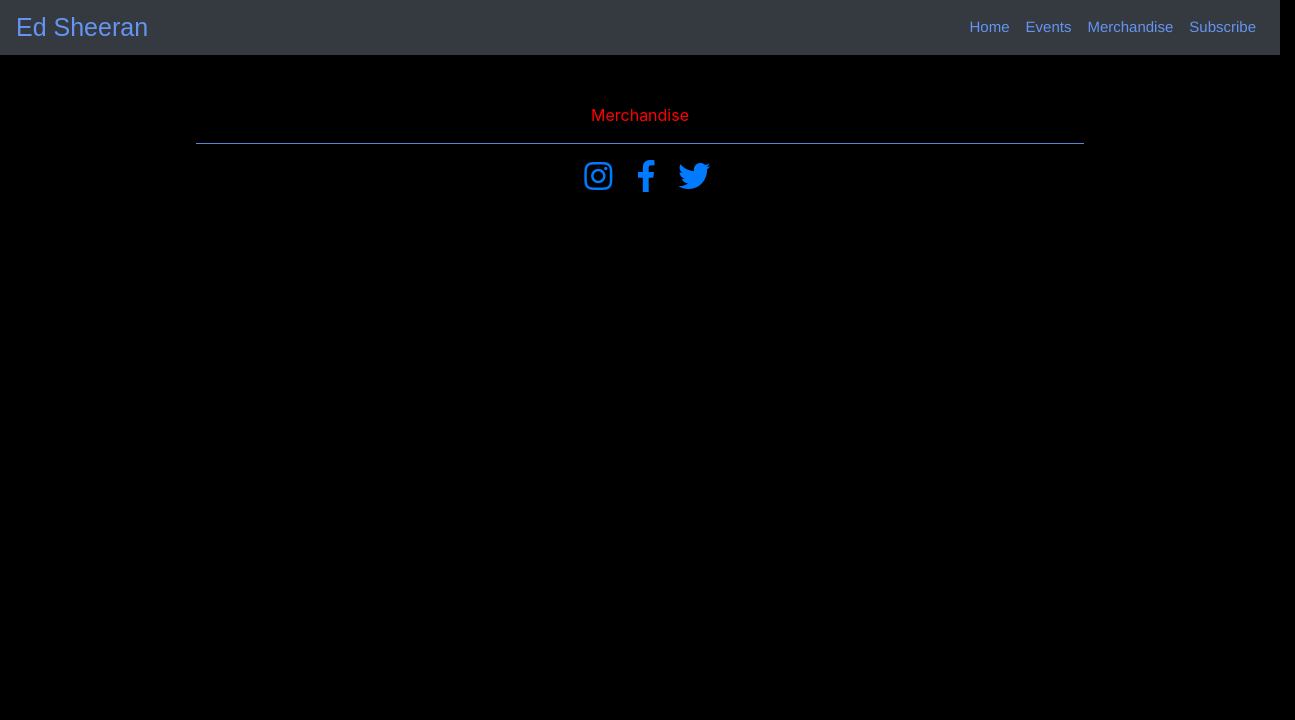
Repository: amit238/milestone-project-1
Page: merchandise.html
The author's editor kept a record of every edit. The page is drawn from the files as they stood at one moment, then again after the next edit.
The browser window is 1280 px wide. The page is 1280 px wide, then 1295 px, so the pictures cover 1295 px, including what lies to the right of the window. The pictures show the whole page.
Some web libraries are served in a nearby version.

Above is the page before.

### merchandise.html
<!DOCTYPE html>
<html lang="en">

<head>
  <meta charset="UTF-8">
  <meta name="viewport" content="width=device-width, initial-scale=1.0">
  <meta http-equiv="X-UA-Compatible" content="ie=edge">
  <link rel="stylesheet" href="https://maxcdn.bootstrapcdn.com/bootstrap/4.2.1/css/bootstrap.min.css" type="text/css" />
  <link rel="stylesheet" href="https://use.fontawesome.com/releases/v5.0.10/css/all.css" integrity="sha384-+d0P83n9kaQMCwj8F4RJB66tzIwOKmrdb46+porD/OvrJ+37WqIM7UoBtwHO6Nlg" crossorigin="anonymous">
  <link rel="stylesheet" href="assets/css/style.css">
  <title>Ed Sheeran - User Centric Frontend Project</title>
</head>

<body>
  <nav class="navbar navbar-expand-lg navbar-dark bg-dark">
    <a class="edsheeran-brand">Ed Sheeran</a>
    <button type="button" class="navbar-toggler" data-toggle="collapse" data-target="#main-menu" aria-expanded="true">
                <span class="navbar-toggler-icon"></span>
            </button>
    <div id="main-menu" class="navbar-collapse collapse">
      <ul class="navbar-nav ml-auto">
        <li class="nav-item active"><a class="nav-link" href="index.html">Home</a></li>
        <li class="nav-item"><a class="nav-link" href="events.html">Events</a></li>
        <li class="nav-item"><a class="nav-link" href="merchandise.html">Merchandise</a></li>
        <li class="nav-item"><a class="nav-link" href="subscribe.html">Subscribe</a></li>
      </ul>
    </div>
  </nav>
  <div class="container">
    <div class="row">
      <div class="col-12">
        <div class="Merchandise">
          Merchandise
        </div>
      </div>
    </div>
  <footer>
        <hr>
        <div class="row">
            <div class="col-12">
                <ul class="list-inline social-links">
                    <li class="list-inline-item"><a target="_blank" href="https://www.facebook.com"><i></i></a>
                    </li>
                    <li class="list-inline-item"><a href="https://www.instagram.com/teddysphotos/?hl=en"><i class="fab fa-instagram fa-2x fa-fw"></i></a>
                    <li class="list-inline-item"><a href="https://en-gb.facebook.com/EdSheeranMusic"><i class="fab fa-facebook-f fa-2x fa-fw"></i></a>
                    <li class="list-inline-item"><a href="https://twitter.com/edsheeran?lang=en"><i class="fab fa-twitter fa-2x fa-fw"></i></a>
                    </li>
                </ul>
            </div>
        </div>
    </footer>
  <script src="https://code.jquery.com/jquery-3.3.1.slim.min.js" integrity="sha384-q8i/X+965DzO0rT7abK41JStQIAqVgRVzpbzo5smXKp4YfRvH+8abtTE1Pi6jizo" crossorigin="anonymous"></script>
  <script src="https://cdnjs.cloudflare.com/ajax/libs/popper.js/1.14.6/umd/popper.min.js" integrity="sha384-wHAiFfRlMFy6i5SRaxvfOCifBUQy1xHdJ/yoi7FRNXMRBu5WHdZYu1hA6ZOblgut" crossorigin="anonymous"></script>
  <script src="https://stackpath.bootstrapcdn.com/bootstrap/4.2.1/js/bootstrap.min.js" integrity="sha384-B0UglyR+jN6CkvvICOB2joaf5I4l3gm9GU6Hc1og6Ls7i6U/mkkaduKaBhlAXv9k" crossorigin="anonymous"></script>
</body>

</html>

### assets/css/style.css
body {
    background-color: #000000;
}

/*--------------------NAVBAR--------------------*/

.navbar.navbar-expand-lg.navbar-dark.bg-dark .edsheeran-brand {
    color: #6594F1;
    font-family: Lucida, sans-serif;
    font-size: 25px;
    font-weight: 400;

}

.navbar.navbar-expand-lg.navbar-dark.bg-dark .nav-link {
    color: #6594F1;
    font-family: Helvetica, sans-serif;
    font-size: 15px;
    font-weight: 300;
}

/*--------------------CAROUSEL--------------------*/

.size {
    height: 90vh;
    width: 100%;
}

/*-------------------BACKGROUND--------------------*/

.background {
    background-image: url("../../edsheeranblack.png");
    background-repeat: no-repeat;
    background-position: top right;
}

/*--------------------CONTAINER--------------------*/

.container {
    width: 100%;
    height: 38em;
    color: red;
    position: relative;
    top: 3em;
    text-align: center;
}

/*--------------------ABOUT--------------------*/

.about-section {
    position: relative;
    bottom: 2em;
    text-align: left;
    border-radius: 25px;
    border-style: solid;
    border-width: 2px;
    width: 60%;
    padding: 0;
    margin: 0;
    color: #2E3EFF;

}

.about-header {
    position: relative;
    left: 46%;
    font-weight: 900;
    color: #6594F1;
    font-family: Lucida, sans-serif;
}

.about-para {
    position: relative;
    left: 1em;
    display: inline;
    font-weight: 600;
    font-family: Helvetica, sans-serif;
}

/*--------------------AUDIO--------------------*/

.audio-section {
    position: relative;
    bottom: 1em;
    left: 1em;
    border-radius: 25px;
    border-style: solid;
    border-width: 2px;
    width: 60%;
    padding: 0;
    margin-bottom: 5em;
    color: #2E3EFF;
}

.audio-header {
    font-weight: 900;
    color: #6594F1;
    font-family: Lucida, sans-serif;
}

.song-name {
    font-weight: 600;
    font-family: Helvetica, sans-serif;
}

/*--------------------ALBUM--------------------*/

.album-section {
    position: relative;
    bottom: 5em;
    border-radius: 25px;
    border-style: solid;
    border-width: 2px;
    width: 60%;
    padding: 0;
    margin: 0;
    color: #2E3EFF;
    background-image: url("../../No.6-Image.png");
}

.album-header {
    color: #6594F1;
    font-weight: 900;
    font-family: Lucida, sans-serif;
}

.album-name {
    font-weight: 600;
    font-family: Helvetica, sans-serif;
}

/*--------------------FOOTER--------------------*/

.list-inline {
    text-align: center;
}

footer hr {
    background: #6594F1;
    width: 80%;
}

/*--------------------MEDIA QUERIES FOR "INDEX.HTML"--------------------*/

@media screen and (min-width: 1380px) {
    .container {
        background-image: no-repeat;
    }
    .about-para {
        width: 100%;
    }
}

@media only screen and (max-width: 1380px) {
    .background {
        background-image: none;
    }
    .about-para {
        width: 100%;
    }
    .about-section {
        width: 100%;
    }
    .audio-section {
        width: 100%
    }
    .album-section {
        width: 100%
    }

}





/*--------------------EVENTS--------------------*/

.events {
    font-family: Lucida, sans-serif;
    position: relative;
    left: 40%;
    text-align: center;
    color: #6594F1;
    font-size: 400%;
    font-weight: 800;
}

After the next edit:
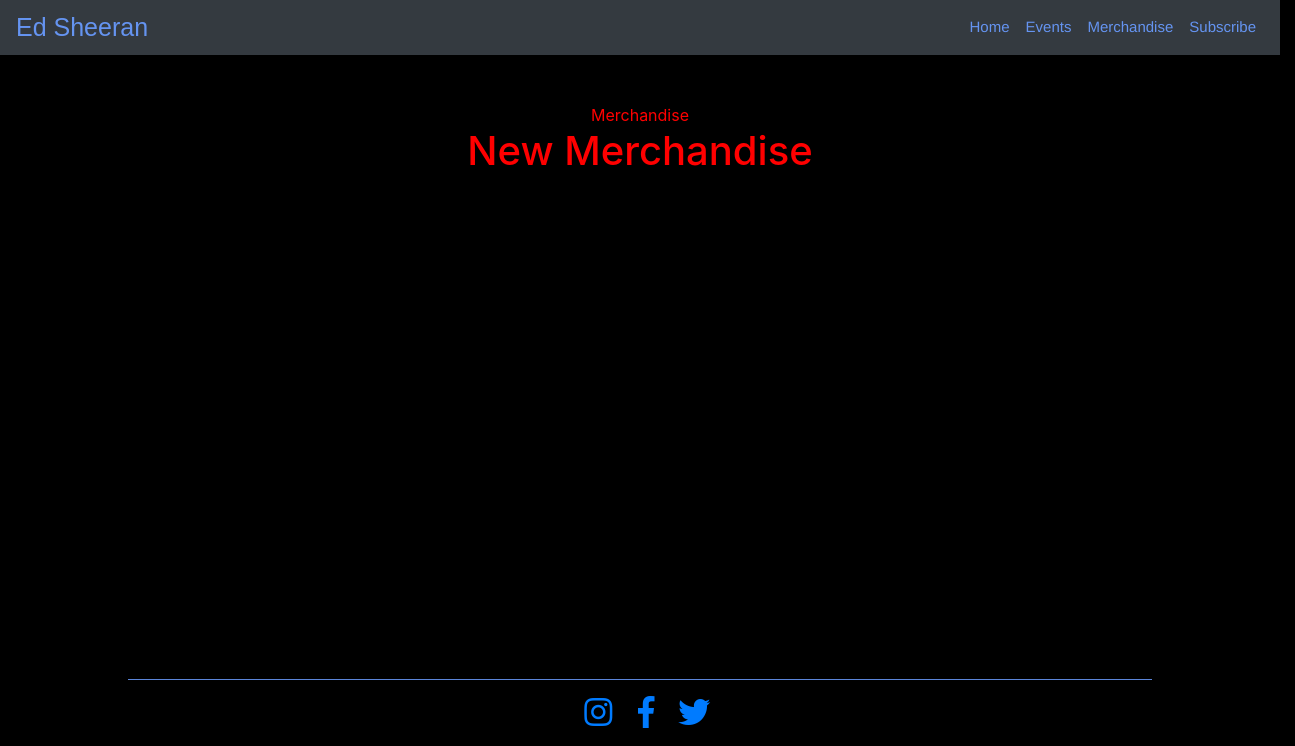
The edit:
--- a/merchandise.html
+++ b/merchandise.html
@@ -34,21 +34,23 @@
         </div>
       </div>
     </div>
+    <h1 class="NewMerch">New Merchandise</h1>
+  </div>
   <footer>
-        <hr>
-        <div class="row">
-            <div class="col-12">
-                <ul class="list-inline social-links">
-                    <li class="list-inline-item"><a target="_blank" href="https://www.facebook.com"><i></i></a>
-                    </li>
-                    <li class="list-inline-item"><a href="https://www.instagram.com/teddysphotos/?hl=en"><i class="fab fa-instagram fa-2x fa-fw"></i></a>
-                    <li class="list-inline-item"><a href="https://en-gb.facebook.com/EdSheeranMusic"><i class="fab fa-facebook-f fa-2x fa-fw"></i></a>
-                    <li class="list-inline-item"><a href="https://twitter.com/edsheeran?lang=en"><i class="fab fa-twitter fa-2x fa-fw"></i></a>
-                    </li>
-                </ul>
-            </div>
-        </div>
-    </footer>
+    <hr>
+    <div class="row">
+      <div class="col-12">
+        <ul class="list-inline social-links">
+          <li class="list-inline-item"><a target="_blank" href="https://www.facebook.com"><i></i></a>
+          </li>
+          <li class="list-inline-item"><a href="https://www.instagram.com/teddysphotos/?hl=en"><i class="fab fa-instagram fa-2x fa-fw"></i></a>
+            <li class="list-inline-item"><a href="https://en-gb.facebook.com/EdSheeranMusic"><i class="fab fa-facebook-f fa-2x fa-fw"></i></a>
+              <li class="list-inline-item"><a href="https://twitter.com/edsheeran?lang=en"><i class="fab fa-twitter fa-2x fa-fw"></i></a>
+              </li>
+        </ul>
+      </div>
+    </div>
+  </footer>
   <script src="https://code.jquery.com/jquery-3.3.1.slim.min.js" integrity="sha384-q8i/X+965DzO0rT7abK41JStQIAqVgRVzpbzo5smXKp4YfRvH+8abtTE1Pi6jizo" crossorigin="anonymous"></script>
   <script src="https://cdnjs.cloudflare.com/ajax/libs/popper.js/1.14.6/umd/popper.min.js" integrity="sha384-wHAiFfRlMFy6i5SRaxvfOCifBUQy1xHdJ/yoi7FRNXMRBu5WHdZYu1hA6ZOblgut" crossorigin="anonymous"></script>
   <script src="https://stackpath.bootstrapcdn.com/bootstrap/4.2.1/js/bootstrap.min.js" integrity="sha384-B0UglyR+jN6CkvvICOB2joaf5I4l3gm9GU6Hc1og6Ls7i6U/mkkaduKaBhlAXv9k" crossorigin="anonymous"></script>
